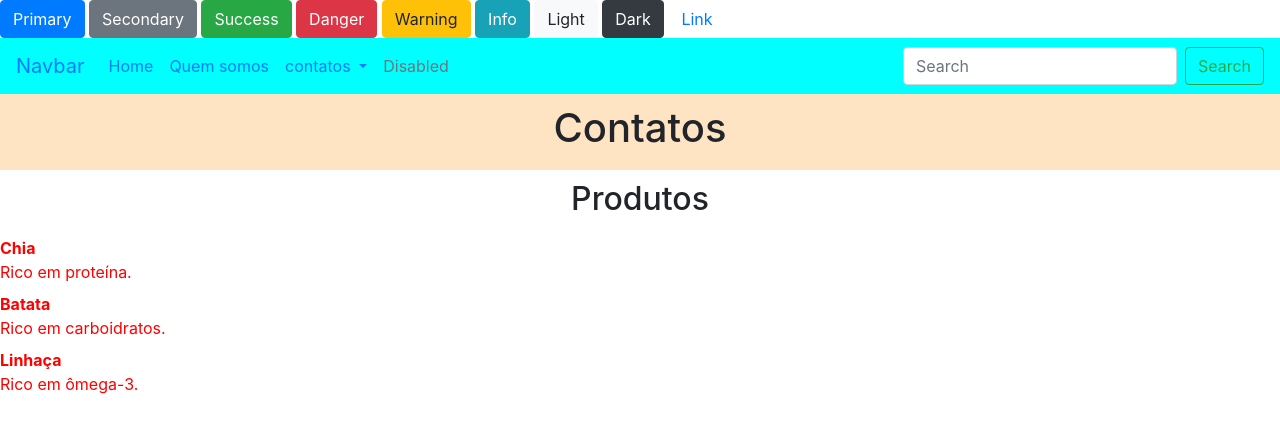
Repository: DaniloBaracho/bootstrap
Page: index.html
The author's editor kept a copy of each file at every save. The page is drawn from the files as they stood at one save, then again after the next save.
The browser window is 1280 px wide. The pictures show the whole page.

Above is the page before, as saved 2020-06-02 17:21:42.

After the next save:
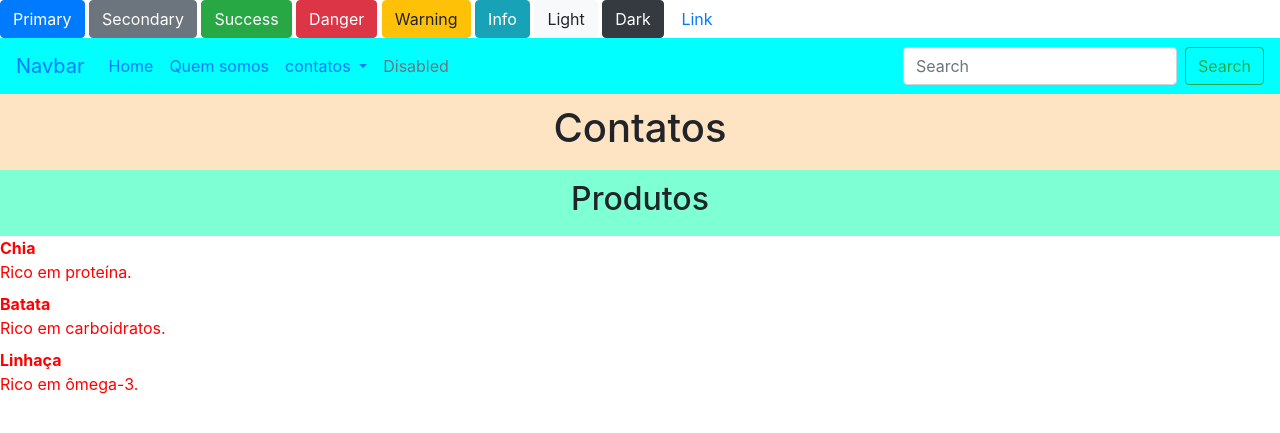
Saved 67 s later.
--- a/index.html
+++ b/index.html
@@ -58,7 +58,7 @@
             <h1>Contatos</h1>
           </div>
         <selection id="produtos">
-          <div class="container-fluid text-center margin">
+          <div class="container-fluid text-center margin produtos">
             <h2>Produtos</h2>
           </div>
         </selection>
--- a/css/style.css
+++ b/css/style.css
@@ -9,5 +9,7 @@
      padding-bottom: 10px;
      /*margin-top: 30px*/
 }
-
+.produtos{
+    background-color: aquamarine;
+}
 dl{color:red}
